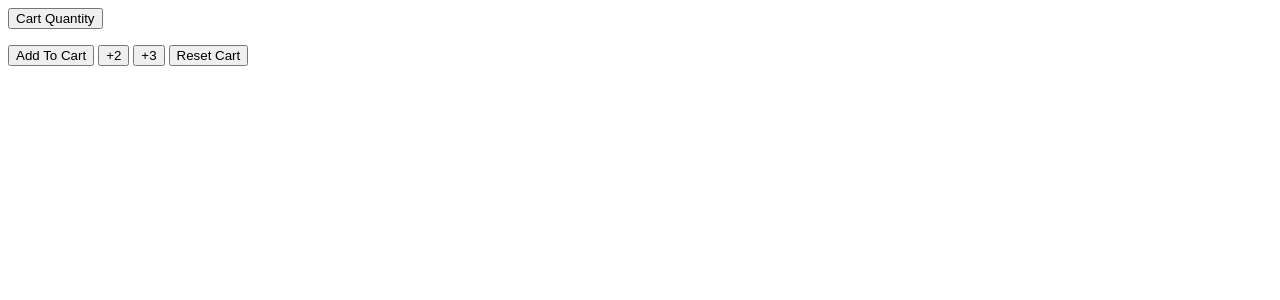
Repository: EguJaredoBoyd/Jared-Learning-Projects
Page: javascript-tutorial.html
These files come from the project's save history. The page is drawn as it stood at one moment and after the next save; the edit follows.
The browser window is 1280 px wide. The pictures show the whole page.

Above is the page before, as saved 2025-06-26 23:16:54.

After the next save:
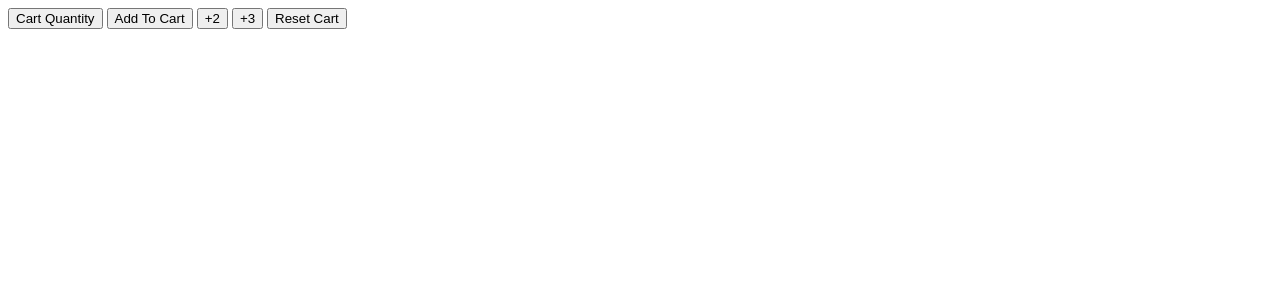
Saved 78 s later.
--- a/javascript-tutorial.html
+++ b/javascript-tutorial.html
@@ -8,7 +8,6 @@
 </head>
 <body>
     <button onclick="cartDisplay()">Cart Quantity</button>
-    <p id="cart-quantity"></p>
     <button onclick="addCart();
     cartDisplay()">Add To Cart</button>
     <button onclick="addCart2();
@@ -17,5 +16,7 @@
     cartDisplay()">+3</button>
     <button onclick="cartReset();
     cartDisplay()">Reset Cart</button>
+
+    <p id="cart-quantity"></p>
 </body>
 </html>
